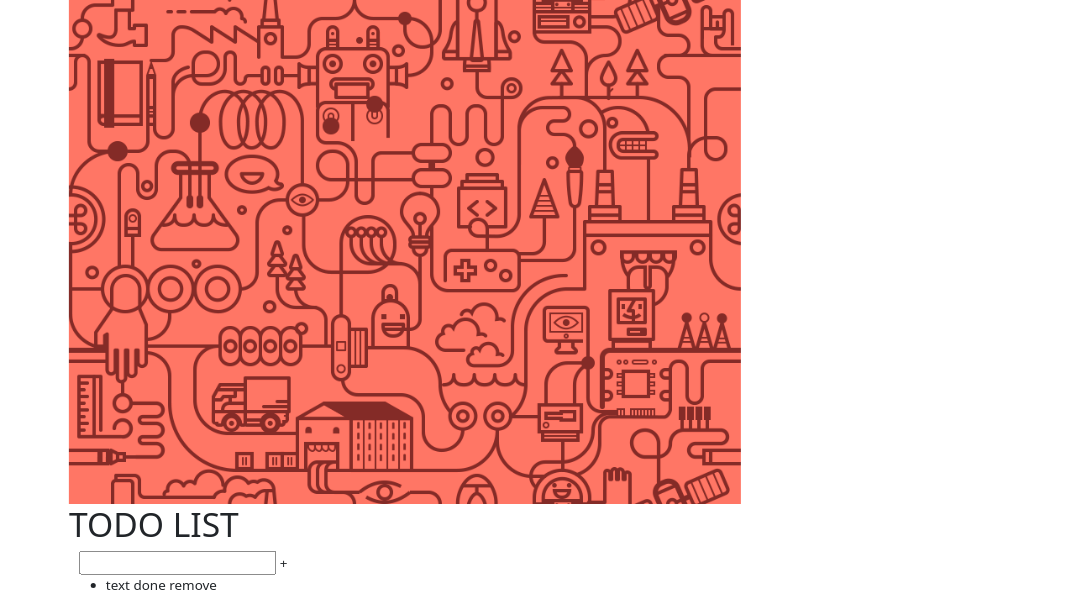
Repository: zum281/todo-list
Page: index.html
These files come from the project's save history. The page is drawn as it stood at one moment and after the next save; the edit follows.
The browser window is 1280 px wide. The pictures show the whole page, at 84% of full size.
The style sheet was rebuilt from its Sass, Less or Tailwind sources for each picture, by a compiler version that may differ from the author's.

Above is the page before, as saved 2021-03-05 15:44:56.

After the next save:
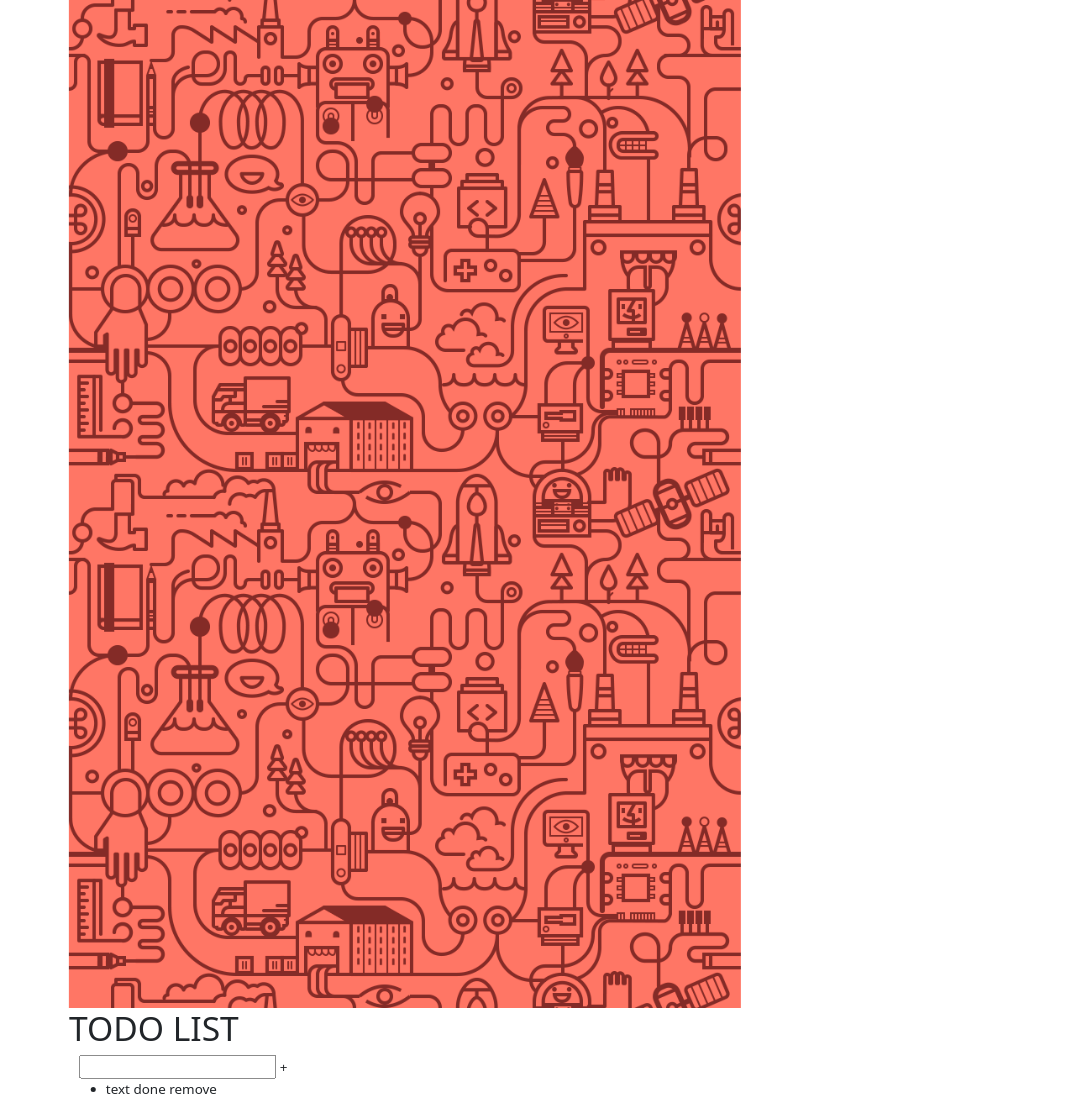
Saved 108 s later.
--- a/index.html
+++ b/index.html
@@ -25,6 +25,7 @@
     <body>
         <div class="container head">
             <img class="container-bg" src="assets/science.png" alt="background">
+            <img class="container-bg" src="assets/science.png" alt="background">
             <h1 class="title">TODO LIST</h1>
         </div>
         <div class="container main">
